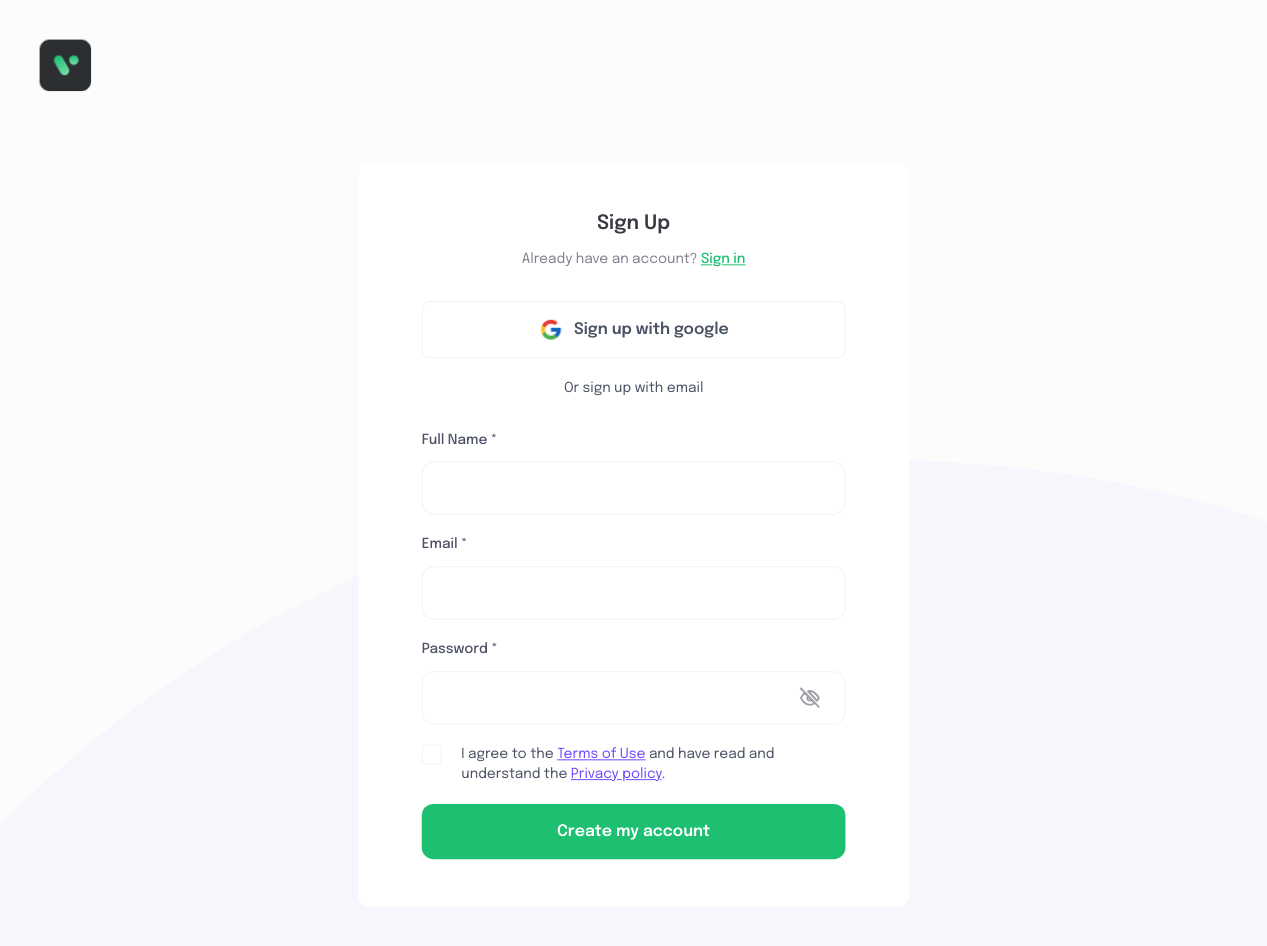
Repository: CarsonDev1/Crowfunding
Page: /sign-up
These files come from the project's save history. The page is drawn as it stood at one moment and after the next save; the edit follows.
The browser window is 1280 px wide. The pictures show the whole page, at 99% of full size.
The project was rebuilt for these pictures with package versions that can differ from the ones it lists, and the page was loaded fresh each time. Also part of the build but not shown: src/components/common/ErrorComponent.jsx, src/pages/SignIn.jsx.

Above is the page before, as saved 2023-04-12 14:15:36.

After the next save:
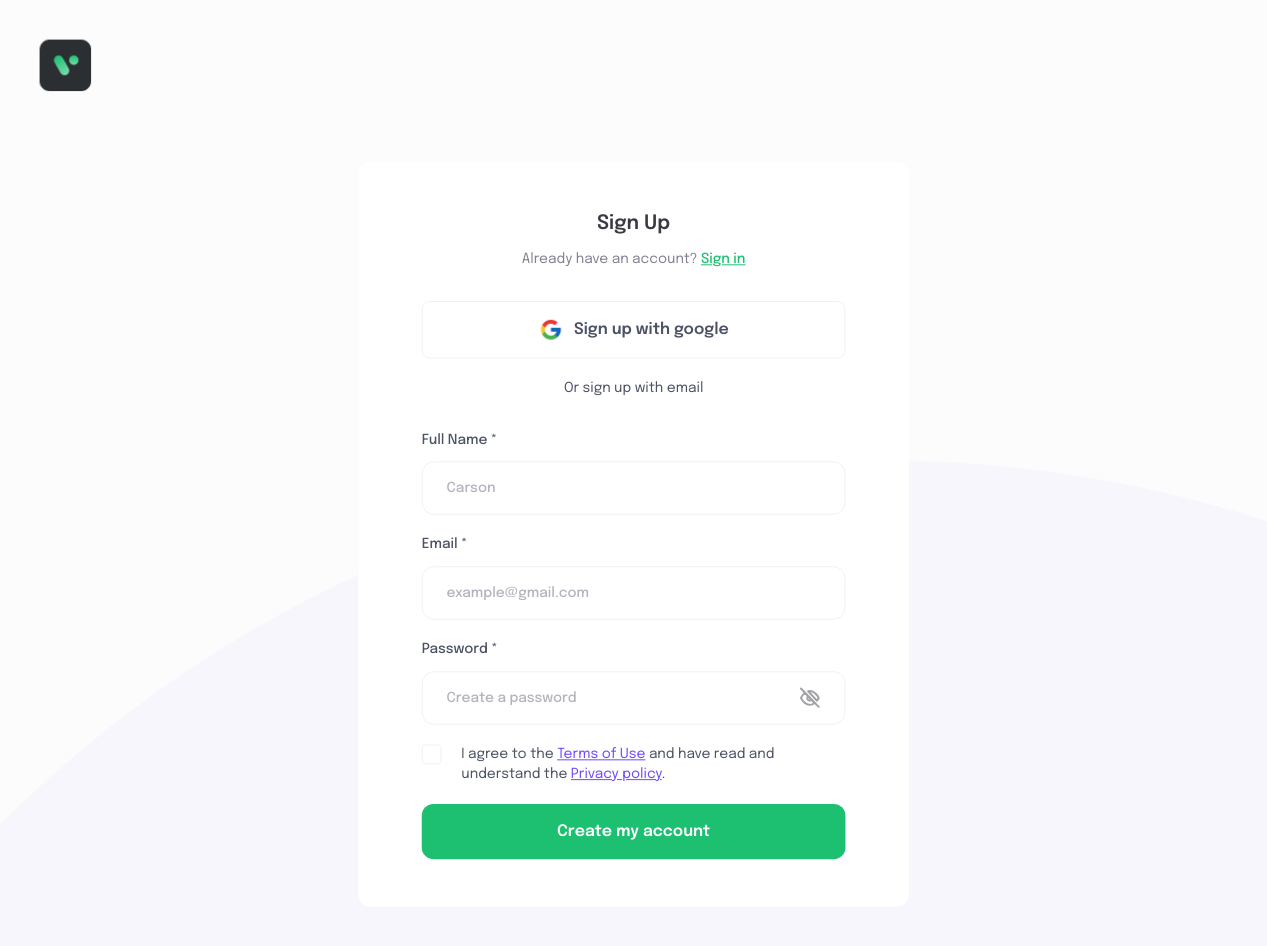
Saved 110 s later.
--- a/src/components/input/Input.jsx
+++ b/src/components/input/Input.jsx
@@ -19,7 +19,7 @@ function Input(props) {
 				className={`w-full px-6 py-4 text-sm font-medium border rounded-xl text-text1 placeholder:text-text4 dark:placeholder:text-text2 dark:text-white bg-transparent ${
 					error.length > 0 ? "border-error" : "border-strock dark:border-darkStroke"
 				} ${children ? "pr-16" : ""}`}
-				placeholder={error.length <= 0 ? placeholder.placeholder : ""}
+				placeholder={error.length <= 0 ? placeholder : ""}
 				{...rest}
 				{...field}
 			/>
